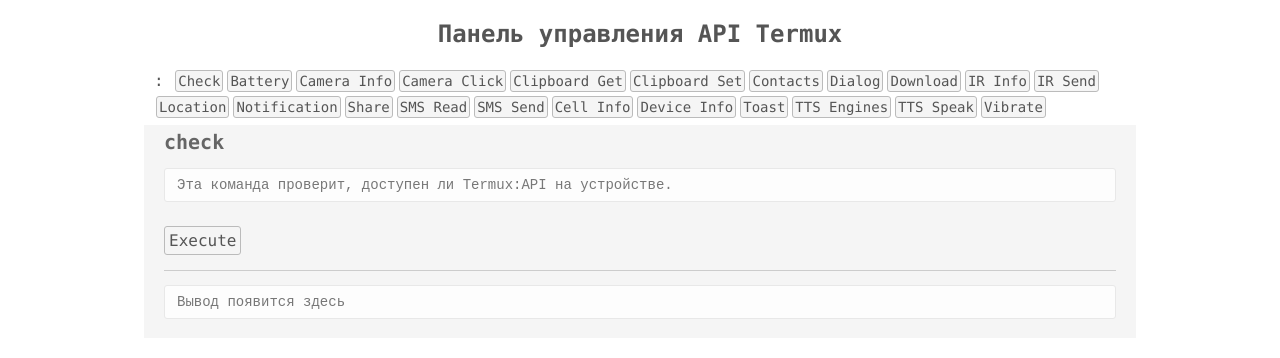
Repository: easy-quest/PHP-Termux-API
Page: http://localhost/api.php
An editor plug-in stored every save of this project. The page is shown before and after the next save, followed by the edit.
The browser window is 1280 px wide. The pictures show the whole page.
The page is run by PHP 8.4 with error messages shown; the project is at /var/www/html/.

Above is the page before, as saved 2021-12-02 01:44:02.

### api.php
<?php
if(isset($_REQUEST['command']) && isset($_REQUEST['param'])){
  /* Check if Termux:API is available */
  if($_REQUEST['command']=="check"){
    $test = shell_exec('termux-battery-status -h');
    if (substr($test, 0, 5) === 'Usage'){
      die("Termux:API is available");
    }
    else{
      die("Termux:API is not available");
    }
  }

  $command=$_REQUEST['command'];
  $param=$_REQUEST['param'];
  if(!$param==""){
    $response=shell_exec("$command $param");
  }
  else{
    $response=shell_exec("$command");
  }

  echo $response;
  exit();
}
?>
<!DOCTYPE html>
<html>
<head>
<meta name="viewport" content="width=device-width, initial-scale=1.0">
<style>
* {
  box-sizing: border-box;
}
.btn{
  background-color:#f5f5f5;
  display: inline-block;
  color: #555;
  text-align: center;
  border: solid 1px #bbb;
  border-radius:3px;
}
.btn:hover{
  cursor: pointer;
  background-color: #ddd;
}
pre{
  padding:8px 12px;
  overflow-x:scroll;
  border: 1px solid #e8e8e8;
  border-radius:3px;
  background-color:#fdfdfd;
  color:#777;
  font-size:14px
}
code{
  border: 0;
  padding-right: 0;
  padding-left: 0;
}
  min-height:350px;
input{
  font-family:MonoSpace;
  color:#555;
  border:solid 1px #bbb;
  border-radius:4px;
  padding:4px;
  outline:none
}
.commands {
  max-width:992px;
  margin:auto;
  padding-left:10px;
  padding-right:10px;
}
.commands a {
  background-color:#f5f5f5;
  display: inline-block;
  color: #555;
  text-align: center;
  border: solid 1px #bbb;
  border-radius:3px;
  font-size:14px;
  color: #555;
  padding: 2px;
  margin:2px;
  text-decoration: none;
}
.commands a:hover{
  cursor: pointer;
  background-color: #ddd;
}
.execute{
  padding:4px;
  margin-top:10px;
}
.main {
  margin:auto;
  margin-top:5px;
  max-width:992px;
  padding:5px 20px;
  background:#f5f5f5;
}
#photo-link{
  padding:4px;
  margin-top:5px;
  margin-bottom:50px;
  text-decoration:none;
}

@media only screen and (max-width:992px) {
  .commands, .main{
    width:100%;
  }
}
</style>
</head>
<body style="color:#555;font-family:Consolas, MonoSpace;margin:0px;">
  <h2 style="text-align:center">Панель управления API Termux</h2>
  <div class="commands">
     :
    <a onclick="cmd(0)" href=#>Check</a><a onclick="cmd(1)" href=#>Battery</a><a onclick="cmd(2)" href=#>Camera Info</a><a onclick="cmd(3)" href=#>Camera Click</a><a onclick="cmd(4)" href=#>Clipboard Get</a><a onclick="cmd(5)" href=#>Clipboard Set</a><a onclick="cmd(6)" href=#>Contacts</a><a onclick="cmd(7)" href=#>Dialog</a><a onclick="cmd(8)" href=#>Download</a><a onclick="cmd(9)" href=#>IR Info</a><a onclick="cmd(10)" href=#>IR Send</a><a onclick="cmd(11)" href=#>Location</a><a onclick="cmd(12)" href=#>Notification</a><a onclick="cmd(13)" href=#>Share</a><a onclick="cmd(14)" href=#>SMS Read</a><a onclick="cmd(15)" href=#>SMS Send</a><a onclick="cmd(16)" href=#>Cell Info</a><a onclick="cmd(17)" href=#>Device Info</a><a onclick="cmd(18)" href=#>Toast</a><a onclick="cmd(19)" href=#>TTS Engines</a><a onclick="cmd(20)" href=#>TTS Speak</a><a onclick="cmd(21)" href=#>Vibrate</a>
  </div>
  <div class="main">
    <div id="command" style="color:#666;font-weight:bold;font-size:20px"></div>
    <pre style="white-space:pre-wrap;"><code id= "documentation"></code></pre>
    <div>
      <div id="param" style="margin-top:10px">
        <span style="">Enter parameters : </span>
        <input id="paramInput">
      </div>
      <div onclick="execute()" class="execute btn">Execute</div>
    </div>
    <div style="border-top:solid 1px #ccc;width:100%;height:1px;margin:auto;margin-top:15px;margin-bottom:5px;"></div>
    <pre><code id= "response"></code></pre>
  </div>

  <script>
  var api = {
    0:{command:"check",doc:"Эта команда проверит, доступен ли Termux:API на устройстве.",sampleParam:""},
    1:{command:"termux-battery-status",doc:"Usage: termux-battery-status\nGet the status of the device battery.",sampleParam:""},
    2:{command:"termux-camera-info",doc:"Usage: termux-camera-info\nGet information about device camera(s).",sampleParam:""},
    3:{command:"termux-camera-photo",doc:"Usage: termux-camera-photo [-c camera-id] output-file\nTake a photo and save it to a file in JPEG format.\n\n  -c camera-id  ID of the camera to use (see termux-camera-info), default: 0",sampleParam:"-c 0 photo.jpg"},
    4:{command:"termux-clipboard-get",doc:"Usage: termux-clipboard-get\nGet the system clipboard text.",sampleParam:""},
    5:{command:"termux-clipboard-set",doc:"Usage: termux-clipboard-set [text]\nSet the system clipboard text. The text to set is either supplied as arguments or read from stdin if no arguments are given.",sampleParam:"Hello"},
    6:{command:"termux-contact-list",doc:"Usage: termux-contact-list\nList all contacts.",sampleParam:""},
    7:{command:"termux-dialog",doc:"Usage: termux-dialog [-i hint] [-m] [-p] [-t title]\nShow a text entry dialog.\n\n  -i hint   the input hint to show when the input is empty\n  -m        use a textarea with multiple lines instead of a single\n  -p        enter the input as a password\n  -t title  the title to show for the input prompt",sampleParam:"-t Enter Something"},
    8:{command:"termux-download",doc:"Usage: termux-download [-d description] [-t title] url-to-download\nDownload a resource using the system download manager.\n\n  -d description  description for the download request notification\n  -t title        title for the download request notification",sampleParam:"-t Anupam http://g.jpg"},
    9:{command:"termux-infrared-frequencies",doc:"Usage: termux-infrared-frequencies\nQuery the infrared transmitter's supported carrier frequencies.",sampleParam:""},
    10:{command:"termux-infrared-transmit",doc:"Usage: termux-infrared-transmit -f frequency pattern\nTransmit an infrared pattern. The pattern is specified in comma-separated on/off intervals, such as '20,50,20,30'. Only patterns shorter than 2 seconds will be transmitted.\n\n  -f frequency  IR carrier frequency in Hertz",sampleParam:"-f 30000 20,50,20,30"},
    11:{command:"termux-location",doc:"usage: termux-location [-p provider] [-r request]\nGet the device location.\n\n  -p provider  location provider [gps/network/passive] (default: gps)\n  -r request   kind of request to make [once/last/updates] (default: once)",sampleParam:"-p gps -r once"},
    12:{command:"termux-notification",doc:"Usage: termux-notification [-c content] [-i id] [-t title] [-u url]\nDisplay a system notification.\n\n  -c content notification content to show\n  -i id      notification id (will overwrite any previous notification\n               with the same id)\n  -t title   notification title to show\n  -u url     notification url when clicking on it",sampleParam:"-c This is a notification -t Notification"},
    13:{command:"termux-share",doc:"Usage: termux-share [-a action] [-c content-type] [-d] [-t title] [file]\nShare a file specified as argument or the text received on stdin if no file argument is given.\n\n  -a action        which action to performed on the shared content:\n                     edit/send/view (default:view)\n  -c content-type  content-type to use (default: guessed from file extension,\n                     text/plain for stdin)\n  -d               share to the default receiver if one is selected\n                     instead of showing a chooser\n\n  -t title         title to use for shared content (default: shared file name)",sampleParam:"-a view photo.jpg"},
    14:{command:"termux-sms-inbox",doc:"Usage: termux-sms-inbox [-d] [-l limit] [-n] [-o offset]\nList received SMS messages.\n\n  -d         show dates when messages were created\n  -l limit   offset in sms list (default: 10)\n  -n         show phone numbers\n  -o offset  offset in sms list (default: 0)",sampleParam:"-l 10 -n -o 0"},
    15:{command:"termux-sms-send",doc:"Usage: termux-sms-send -n number[,number2,number3,...] [text]\nSend a SMS message to the specified recipient number(s). The text to send is either supplied as arguments or read from stdin if no arguments are given.\n\n  -n number(s)  recipient number(s) - separate multiple numbers by commas",sampleParam:"-n 1234567890 Hello"},
    16:{command:"termux-telephony-cellinfo",doc:"Usage: termux-telephony-cellinfo\nGet information about all observed cell information from all radios on the device including the primary and neighboring cells.",sampleParam:""},
    17:{command:"termux-telephony-deviceinfo",doc:"Usage: termux-telephony-deviceinfo\nGet information about the telephony device.",sampleParam:""},
    18:{command:"termux-toast",doc:"Usage: termux-toast [-s] [text]\nShow text in a Toast (a transient popup). The text to show is either supplied as arguments or read from stdin if no arguments are given.\n\n -s  only show the toast for a short while",sampleParam:"-s This is a toast"},
    19:{command:"termux-tts-engines",doc:"Usage: termux-tts-engines\nGet information about the available text-to-speech (TTS) engines. The name of an engine may be given to the termux-tts-speak command using the -e option.",sampleParam:""},
    20:{command:"termux-tts-speak",doc:"Usage: termux-tts-speak [-e engine] [-l language] [-p pitch] [-r rate] [-s stream] [text-to-speak]\nSpeak text with a system text-to-speech (TTS) engine. The text to speak is either supplied as arguments or read from stdin if no arguments are given.\n\n  -e engine    TTS engine to use (see termux-tts-engines)\n  -l language  language to speak in (may be unsupported by the engine)\n  -p pitch     pitch to use in speech. 1.0 is the normal pitch,\n                 lower values lower the tone of the synthesized voice,\n                 greater values increase it.\n  -r rate      speech rate to use. 1.0 is the normal speech rate,\n                 lower values slow down the speech\n                 (0.5 is half the normal speech rate)\n                 while greater values accelerates it\n                 (2.0 is twice the normal speech rate).\n  -s stream    audio stream to use (default:NOTIFICATION), one of:\n                 ALARM, MUSIC, NOTIFICATION, RING, SYSTEM, VOICE_CALL",sampleParam:"-p 1.3 Hello How are you"},
    21:{command:"termux-vibrate",doc:"Usage: termux-vibrate [-d duration] [-f]\nVibrate the device.\n\n  -d duration  the duration to vibrate in ms (default:1000)\n  -f           force vibration even in silent mode",sampleParam:"-d 500"}
  }

  //default values
  var command = api[0].command;
  var param = "";
  var doc = api[0].doc;
  var msg = "Вывод появится здесь";

  document.getElementById("param").hidden= true;
  document.getElementById("response").innerHTML = msg;
  document.getElementById("command").innerHTML = command;
  document.getElementById("documentation").innerHTML = doc;

/** Function to select command and sampleParam*/
  function cmd(id=0){
    command = api[id].command;
    var doc = api[id].doc;
    var sampleParam = api[id].sampleParam;
    document.getElementById("documentation").innerHTML = doc;
    document.getElementById("command").innerHTML = command;
    document.getElementById("response").innerHTML = msg;
    var photoLink = document.getElementById("photo-link");
    if(photoLink){
      photoLink.parentNode.removeChild(photoLink);
    }
    if(sampleParam==""){
      document.getElementById("param").hidden = true;
      document.getElementById("paramInput").value = "";
    }
    else{
      document.getElementById("param").hidden = false;
      document.getElementById("paramInput").value = sampleParam;
    }
  }

/** Function to send AJAX Request with command and param, then show the response*/
  function execute(){
    param = document.getElementById("paramInput").value;
    var xhttp = new XMLHttpRequest();
    xhttp.onreadystatechange = function() {
      if(this.readyState == 1){
        document.getElementById("response").innerHTML = "server connection established";
      }
      if(this.readyState == 2){
        document.getElementById("response").innerHTML = "request received";
      }
      if(this.readyState == 3){
        document.getElementById("response").innerHTML = "processing request";
      }
      if (this.readyState == 4 && this.status == 200) {
        document.getElementById("response").innerHTML = this.responseText;
        if(command=="termux-camera-photo"){
          var name = param.substring(5);
          var l = document.createElement("a");
          var text = document.createTextNode("View Image");
          l.appendChild(text);
          l.setAttribute("href",name);
          l.setAttribute("target","_blank");
          l.setAttribute("id","photo-link");
          l.setAttribute("class","btn");
          document.getElementById("response").parentElement.parentElement.appendChild(l);
        }
      }
    };
    xhttp.open("POST", "<?php echo basename(__FILE__);?>", true);
    xhttp.setRequestHeader("Content-type", "application/x-www-form-urlencoded");
    xhttp.send("command=" + command + "&param=" + param);
  }
  </script>
</body>
</html>

After the next save:
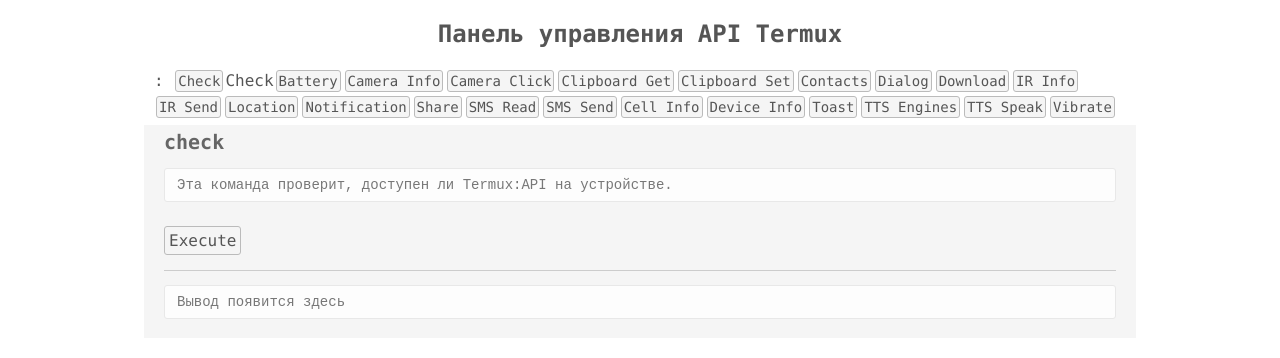
Saved 9 min 34 s later.
--- a/api.php
+++ b/api.php
@@ -119,7 +119,7 @@
   <h2 style="text-align:center">Панель управления API Termux</h2>
   <div class="commands">
      :
-    <a onclick="cmd(0)" href=#>Check</a><a onclick="cmd(1)" href=#>Battery</a><a onclick="cmd(2)" href=#>Camera Info</a><a onclick="cmd(3)" href=#>Camera Click</a><a onclick="cmd(4)" href=#>Clipboard Get</a><a onclick="cmd(5)" href=#>Clipboard Set</a><a onclick="cmd(6)" href=#>Contacts</a><a onclick="cmd(7)" href=#>Dialog</a><a onclick="cmd(8)" href=#>Download</a><a onclick="cmd(9)" href=#>IR Info</a><a onclick="cmd(10)" href=#>IR Send</a><a onclick="cmd(11)" href=#>Location</a><a onclick="cmd(12)" href=#>Notification</a><a onclick="cmd(13)" href=#>Share</a><a onclick="cmd(14)" href=#>SMS Read</a><a onclick="cmd(15)" href=#>SMS Send</a><a onclick="cmd(16)" href=#>Cell Info</a><a onclick="cmd(17)" href=#>Device Info</a><a onclick="cmd(18)" href=#>Toast</a><a onclick="cmd(19)" href=#>TTS Engines</a><a onclick="cmd(20)" href=#>TTS Speak</a><a onclick="cmd(21)" href=#>Vibrate</a>
+    <a onclick="cmd(0)" href=#>Check</a>Check<a onclick="cmd(1)" href=#>Battery</a><a onclick="cmd(2)" href=#>Camera Info</a><a onclick="cmd(3)" href=#>Camera Click</a><a onclick="cmd(4)" href=#>Clipboard Get</a><a onclick="cmd(5)" href=#>Clipboard Set</a><a onclick="cmd(6)" href=#>Contacts</a><a onclick="cmd(7)" href=#>Dialog</a><a onclick="cmd(8)" href=#>Download</a><a onclick="cmd(9)" href=#>IR Info</a><a onclick="cmd(10)" href=#>IR Send</a><a onclick="cmd(11)" href=#>Location</a><a onclick="cmd(12)" href=#>Notification</a><a onclick="cmd(13)" href=#>Share</a><a onclick="cmd(14)" href=#>SMS Read</a><a onclick="cmd(15)" href=#>SMS Send</a><a onclick="cmd(16)" href=#>Cell Info</a><a onclick="cmd(17)" href=#>Device Info</a><a onclick="cmd(18)" href=#>Toast</a><a onclick="cmd(19)" href=#>TTS Engines</a><a onclick="cmd(20)" href=#>TTS Speak</a><a onclick="cmd(21)" href=#>Vibrate</a>
   </div>
   <div class="main">
     <div id="command" style="color:#666;font-weight:bold;font-size:20px"></div>

After the save that followed:
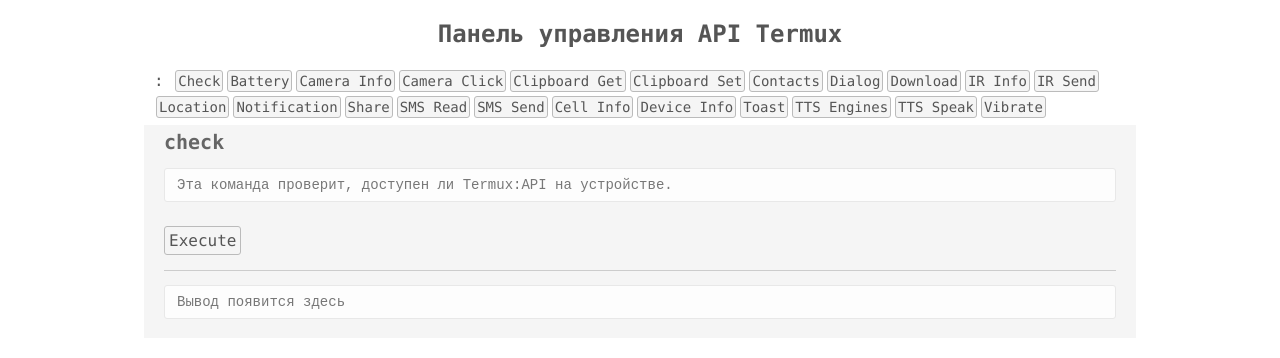
Saved 4 s later.
--- a/api.php
+++ b/api.php
@@ -119,7 +119,7 @@
   <h2 style="text-align:center">Панель управления API Termux</h2>
   <div class="commands">
      :
-    <a onclick="cmd(0)" href=#>Check</a>Check<a onclick="cmd(1)" href=#>Battery</a><a onclick="cmd(2)" href=#>Camera Info</a><a onclick="cmd(3)" href=#>Camera Click</a><a onclick="cmd(4)" href=#>Clipboard Get</a><a onclick="cmd(5)" href=#>Clipboard Set</a><a onclick="cmd(6)" href=#>Contacts</a><a onclick="cmd(7)" href=#>Dialog</a><a onclick="cmd(8)" href=#>Download</a><a onclick="cmd(9)" href=#>IR Info</a><a onclick="cmd(10)" href=#>IR Send</a><a onclick="cmd(11)" href=#>Location</a><a onclick="cmd(12)" href=#>Notification</a><a onclick="cmd(13)" href=#>Share</a><a onclick="cmd(14)" href=#>SMS Read</a><a onclick="cmd(15)" href=#>SMS Send</a><a onclick="cmd(16)" href=#>Cell Info</a><a onclick="cmd(17)" href=#>Device Info</a><a onclick="cmd(18)" href=#>Toast</a><a onclick="cmd(19)" href=#>TTS Engines</a><a onclick="cmd(20)" href=#>TTS Speak</a><a onclick="cmd(21)" href=#>Vibrate</a>
+    <a onclick="cmd(0)" href=#>Check</a><a onclick="cmd(1)" href=#>Battery</a><a onclick="cmd(2)" href=#>Camera Info</a><a onclick="cmd(3)" href=#>Camera Click</a><a onclick="cmd(4)" href=#>Clipboard Get</a><a onclick="cmd(5)" href=#>Clipboard Set</a><a onclick="cmd(6)" href=#>Contacts</a><a onclick="cmd(7)" href=#>Dialog</a><a onclick="cmd(8)" href=#>Download</a><a onclick="cmd(9)" href=#>IR Info</a><a onclick="cmd(10)" href=#>IR Send</a><a onclick="cmd(11)" href=#>Location</a><a onclick="cmd(12)" href=#>Notification</a><a onclick="cmd(13)" href=#>Share</a><a onclick="cmd(14)" href=#>SMS Read</a><a onclick="cmd(15)" href=#>SMS Send</a><a onclick="cmd(16)" href=#>Cell Info</a><a onclick="cmd(17)" href=#>Device Info</a><a onclick="cmd(18)" href=#>Toast</a><a onclick="cmd(19)" href=#>TTS Engines</a><a onclick="cmd(20)" href=#>TTS Speak</a><a onclick="cmd(21)" href=#>Vibrate</a>
   </div>
   <div class="main">
     <div id="command" style="color:#666;font-weight:bold;font-size:20px"></div>
